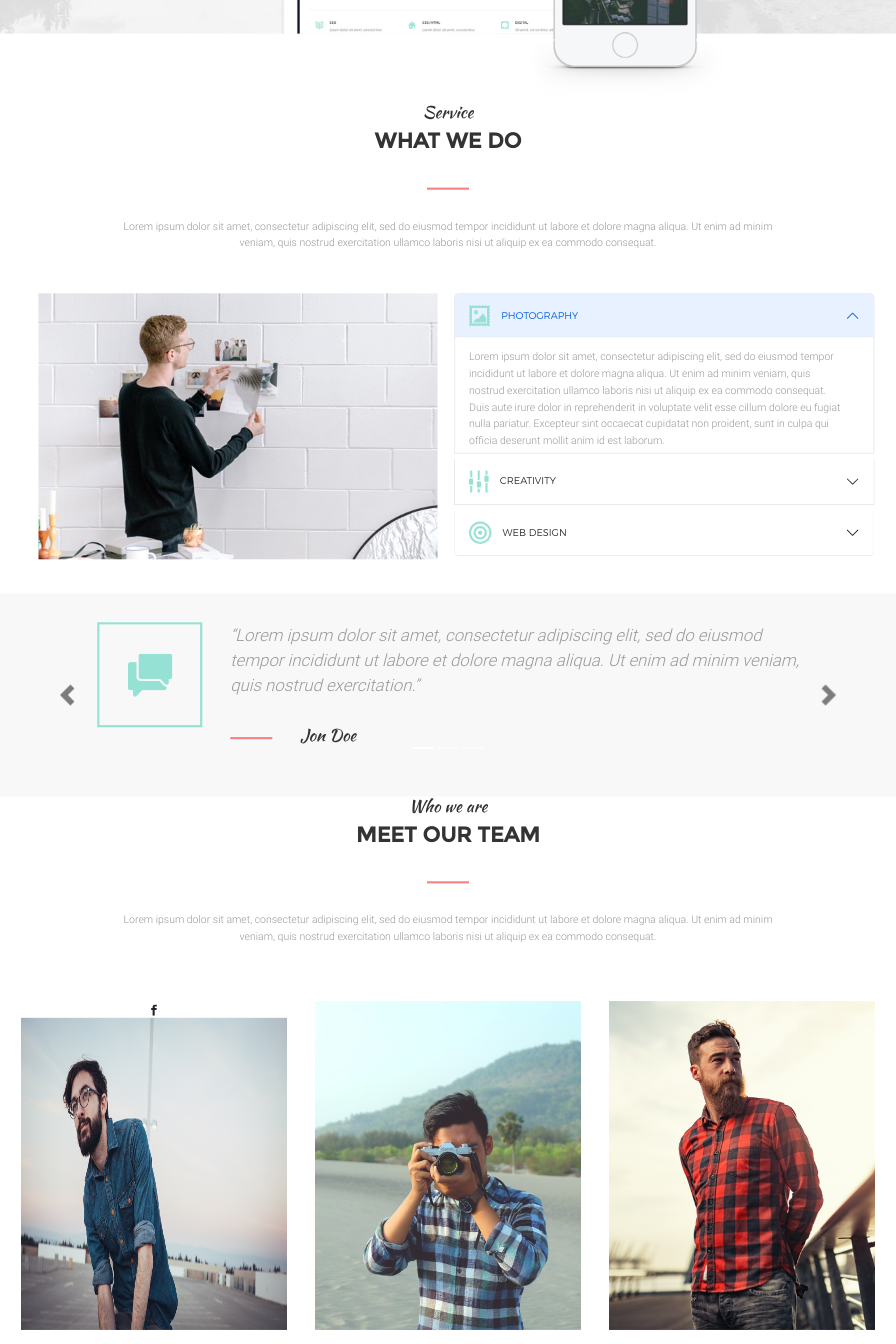
Repository: RaffiBarseghyan/mogo
Page: /
The author's editor kept a copy of each file at every save. The page is drawn from the files as they stood at one save, then again after the next save.
The browser window is 1280 px wide. The pictures show the part of the page from y = 3380 to 5300 px (the page is 5300 px tall), at 70% of full size.
The project was rebuilt for these pictures with package versions that can differ from the ones it lists, and the page was loaded fresh each time.

Above is the page before, as saved 2023-05-12 23:35:53.

After the next save:
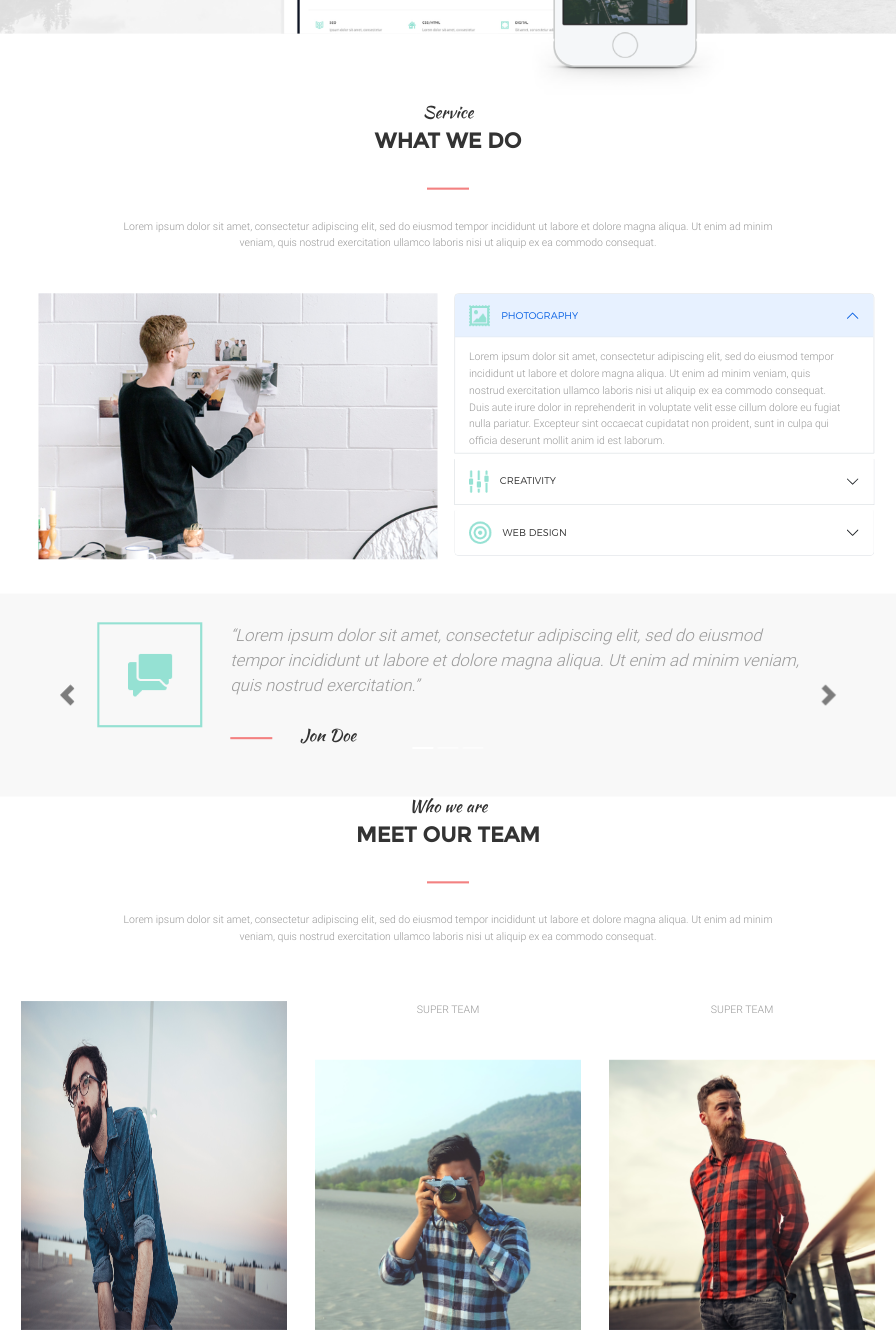
Saved 17 s later.
--- a/src/Pages/WeAre/weAre.module.scss
+++ b/src/Pages/WeAre/weAre.module.scss
@@ -78,7 +78,7 @@
   flex-direction: column;
   justify-content: center;
   align-items: center;
-  p {
+  div {
     font-size: 18px;
     text-transform: uppercase;
     color: #ffffff;
